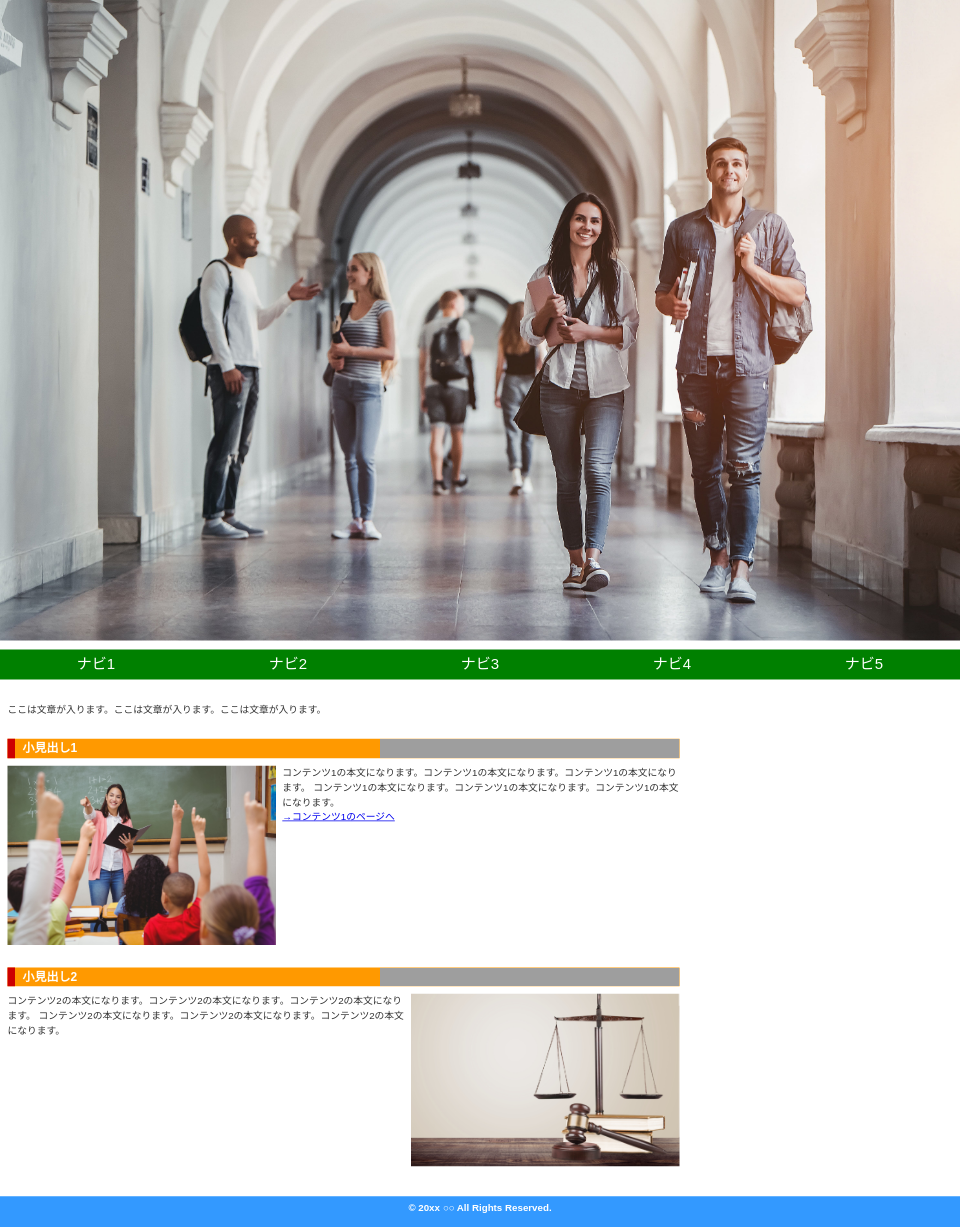
Repository: sevenseas777/samurai_HTML-CSS
Page: home.html
The author's editor kept a record of every edit. The page is drawn from the files as they stood at one moment, then again after the next edit.
The browser window is 1280 px wide. The pictures show the whole page, at 75% of full size.
Pictures or frames that could not be fetched are drawn as grey boxes.

Above is the page before.

### home.html
<!DOCTYPE html>
<html lang="ja">
    <head>
        <meta charset="UTF-8">
        <title>HTML/CSSの学習</title>
        <link rel="stylesheet" href="stylesheet.css">
    </head>
    <body>
        <div id="header">
            <h1><a href="index.html"><img id="corridor" src="images/corridor.jpg" alt="大学の廊下" /></a></h1>
        </div>
        <div id="wrapper">
            <div id="nav">
              <ul>
                <li><a href="home.html">ナビ1</a></li>
                <li><a href="#">ナビ2</a></li>
                <li><a href="#">ナビ3</a></li>
                <li><a href="#">ナビ4</a></li>
                <li><a href="#">ナビ5</a></li>
              </ul>
            </div>
            <div id="container">
              <div id="main">
                <div class="post">
                  <p>ここは文章が入ります。ここは文章が入ります。ここは文章が入ります。</p>
                  </div>
                  <div class="post clearfix">
                    <h2>小見出し1</h2>
                    <img class="left" src="images/classroom.jpg" alt="授業風景" />
                    <p>
                      コンテンツ1の本文になります。コンテンツ1の本文になります。コンテンツ1の本文になります。
                      コンテンツ1の本文になります。コンテンツ1の本文になります。コンテンツ1の本文になります。
                    </p>
                    <p><a href="#">→コンテンツ1のページへ</a></p>
                  </div>
                  <div class="post clearfix">
                    <h2>小見出し2</h2>
                    <img class="right" src="images/scale.jpg" alt="天秤" />
                    <p>
                      コンテンツ2の本文になります。コンテンツ2の本文になります。コンテンツ2の本文になります。
                      コンテンツ2の本文になります。コンテンツ2の本文になります。コンテンツ2の本文になります。
                    </p>
                  </div>

                  <p></p>
                </div>
              </div>
            </div></div>
        </div>
          <div id="footer">
            <p>&copy; 20xx ○○ All Rights Reserved.</p>
          </div>
    </body>
</html>

### stylesheet.css
@charset "utf-8";

body {
	margin: 0;
	padding: 0;
	font-family: "ヒラギノ角ゴ Pro W3", "Hiragino Kaku Gothic Pro", "メイリオ", Meiryo, Osaka, "ＭＳ Ｐゴシック", "MS PGothic", sans-serif;
	color: #333;
	font-size: 13px;
	line-height: 150%;
}

/* -------------------- wrapper -------------------- */
#wrapper {
	width: 100%;
	margin: auto;
	padding: 0px;
	border: 0px;
	background-color: #FFF;
	top: 10px;
	position: relative;
}

/* -------------------- header -------------------- */
 #header {
 	width: 100%;
}
 #header h1 {
 	 margin: 0;
	 padding: 0;
}

 #corridor {
	 width: 100%;
	 height: auto;
}
/* -------------------- footer -------------------- */
#footer {
	clear: both;
	width: 100%;
	padding: 3px 0;
	background: #39F;
	color: #FFF;
	font-weight: bold;
	text-align: center;
}
/* -------------------- nav -------------------- */
#nav {
  width: 100%;
}
#nav ul {
  display: flex;
  margin: 0;
  padding: 0;
  list-style-type: none;
}
#nav li {
/*  float: left;*/
  width: 20%;
  text-align: center;
}
#nav ul li a {
  display: block;
  height: 20px;
  margin: 0;
  padding: 10px;
  color: #FFF;
  font-size: 20px;
  text-decoration: none;
  background-color: green;
}

#nav ul li a:hover {
  filter: drop-shadow(10px 10px 10 px black);
}

/* -------------------- container -------------------- */
#container {
  width: 100%;
  margin: auto;
  padding: auto;
  padding-top: 20px;
  clear: both;
  display: grid;
  grid-template-columns:70vw 30vw;
}


/* -------------------- main -------------------- */
#main {
  width: 100%;
/*  float: left;
  width: 60%; */
  padding: 10px 30px 10px 10px;
}
#main h2 {
  margin: 0 0 10px 0;
  padding: 3px 10px 3px 10px;
  color:#FFF;
  font-size: 16px;
  border-left: solid 10px #C00;
  background: #F90 url(../images/main_h2.jpg) right top repeat-y;
}
#main p {
  margin: 0;
  padding: 0;
}

#main .post {
  margin:0 0 30px 0;
}
#main .post img.right {
  margin :0 0 0 8px;
}
#main .post img.left {
  margin:0 8px 0 0;
}


.right {
  float: right;
  width: 40%;
  height: auto;
}
.left {
  float: left;
  width: 40%;
  height: auto;
}
/* -------------------- clearfix -------------------- */
.clearfix {
  zoom: 1;
}
.clearfix:after{
  content: "";
  display: block;
  clear: both;
}

/* -------------------- side -------------------- */
#side {
  float: right;
  width:30%;
  padding: 20px;
  background-color: #F99;
}
#side .box {
  margin: 0 auto 30px auto;
  padding: 0 0 20px 0;
  background: url(images/side_box.png) bottom no-repeat;
}
#side .box h2 {
  margin: 0;
  padding: 8px;
  text-align: center;
  color: #fff;
  font-size: 16px;
  line-height: 16px;
  font-weight: normal;
  background: url(images/side_box_h2.png) center no-repeat;
}
#side .box .boxBody {
  padding: 8px;
  border-right: solid 1px #C36;
  border-bottom: solid 1px #C36;
  border-left:  solid 1px #C36;
  background: #fff;
}
#side .box .boxBody ul {
  margin :0 0 16px 0;
  padding: 0;
}
#side .box .boxBody ul li {
  padding: 8px 0 8px 4px;
  list-style: none;
  border-bottom: solid 1px #C36;
}

#side .box .boxBody ul li:hober {
  padding: 8px 0 8px 4px;
  list-style: none;
  border-bottom: solid 1px #C36;
  box-shadow: 0px 4px 4px rgba(0, 0, 0, 0.3);
}

After the next edit:
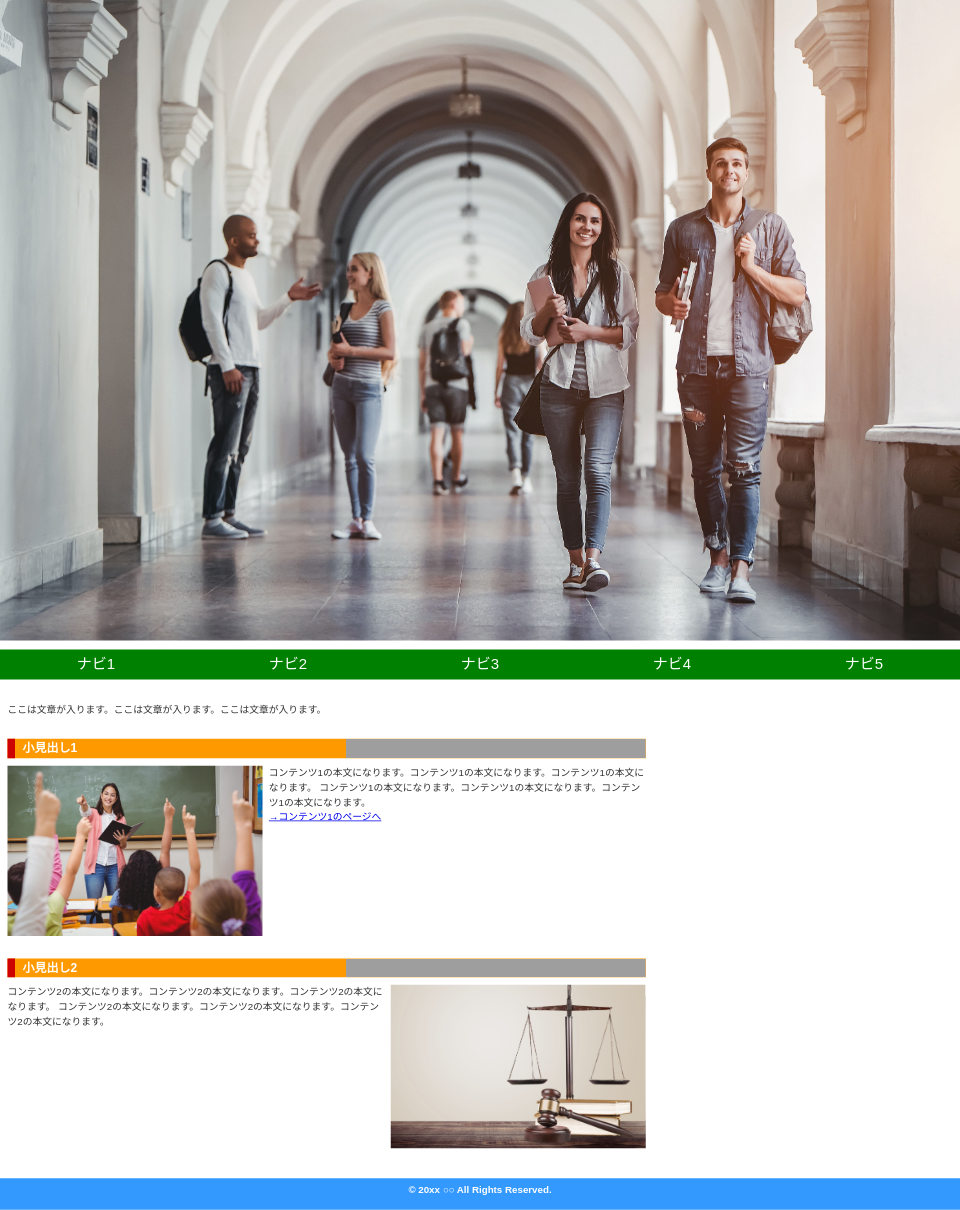
The edit:
--- a/stylesheet.css
+++ b/stylesheet.css
@@ -87,8 +87,8 @@
 
 /* -------------------- main -------------------- */
 #main {
-  width: 100%;
-/*  float: left;
+  width: 95%;
+/*  float: lef\t;
   width: 60%; */
   padding: 10px 30px 10px 10px;
 }
